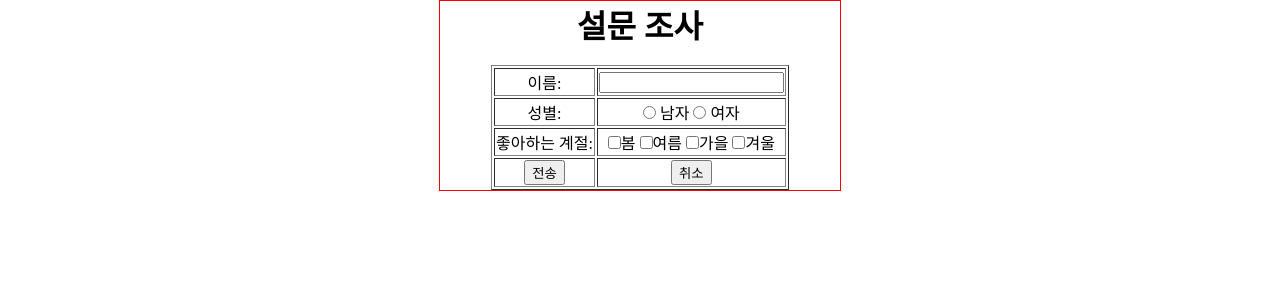
Repository: hangilyon/allJSPStudy
Page: http://localhost/jsp02/quiz02.jsp
An editor plug-in stored every save of this project. The page is shown before and after the next save, followed by the edit.
The browser window is 1280 px wide. The pictures show the whole page.
The page is served by Tomcat 9.

Above is the page before, as saved 2021-10-20 09:39:46.

### jsp02/src/main/webapp/quiz02.jsp
<%@ page language="java" contentType="text/html; charset=UTF-8"
    pageEncoding="UTF-8"%>
<% %>
<!DOCTYPE html>
<html>
<head>
<meta charset="UTF-8">
<title>quiz02</title>
<style type="text/css">
	*{
	margin: auto;
	text-align: center;
	}
	form{
		width: 400px;
		border: 1px solid red;
	}
</style>
</head>
<body>
	<form action="${pageContext.request.contextPath}/views02.jsp" method="post">
		<h1>설문 조사</h1><br>
		<table border="1">
			<tr>
				<td>이름: </td>
				<td><input type="text" name="name"></td>
			</tr>
			<tr>
				<td>성별:</td>
				<td>
					<input type="radio" name="gender" value="남자다잉"> 남자
					<input type="radio" name="gender" value="여자다잉"> 여자
			</tr>
			<tr>
				<td>좋아하는 계절:</td>
				<td>
					<input type="checkbox" name="season" value="봄">봄
					<input type="checkbox" name="season" value="여름">여름
					<input type="checkbox" name="season" value="가을">가을
					<input type="checkbox" name="season" value="겨울">겨울
				</td>
			</tr>
			<tr>
				<td><input type="submit" value="전송"></td>
				<td><input type="reset" value="취소"></td>
			</tr>
		</table>
	</form>
</body>
</html>

After the next save:
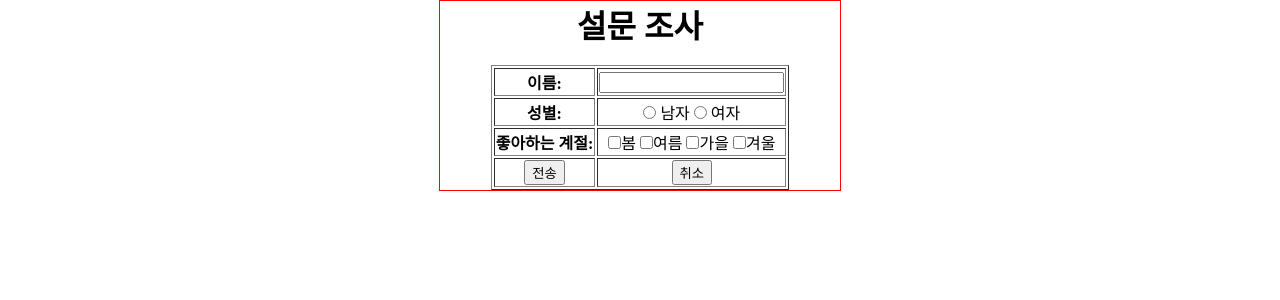
Saved 65 min 23 s later.
--- a/jsp02/src/main/webapp/quiz02.jsp
+++ b/jsp02/src/main/webapp/quiz02.jsp
@@ -1,6 +1,5 @@
 <%@ page language="java" contentType="text/html; charset=UTF-8"
     pageEncoding="UTF-8"%>
-<% %>
 <!DOCTYPE html>
 <html>
 <head>
@@ -22,17 +21,17 @@
 		<h1>설문 조사</h1><br>
 		<table border="1">
 			<tr>
-				<td>이름: </td>
+				<th>이름: </th>
 				<td><input type="text" name="name"></td>
 			</tr>
 			<tr>
-				<td>성별:</td>
+				<th>성별:</th>
 				<td>
 					<input type="radio" name="gender" value="남자다잉"> 남자
 					<input type="radio" name="gender" value="여자다잉"> 여자
 			</tr>
 			<tr>
-				<td>좋아하는 계절:</td>
+				<th>좋아하는 계절:</th>
 				<td>
 					<input type="checkbox" name="season" value="봄">봄
 					<input type="checkbox" name="season" value="여름">여름
